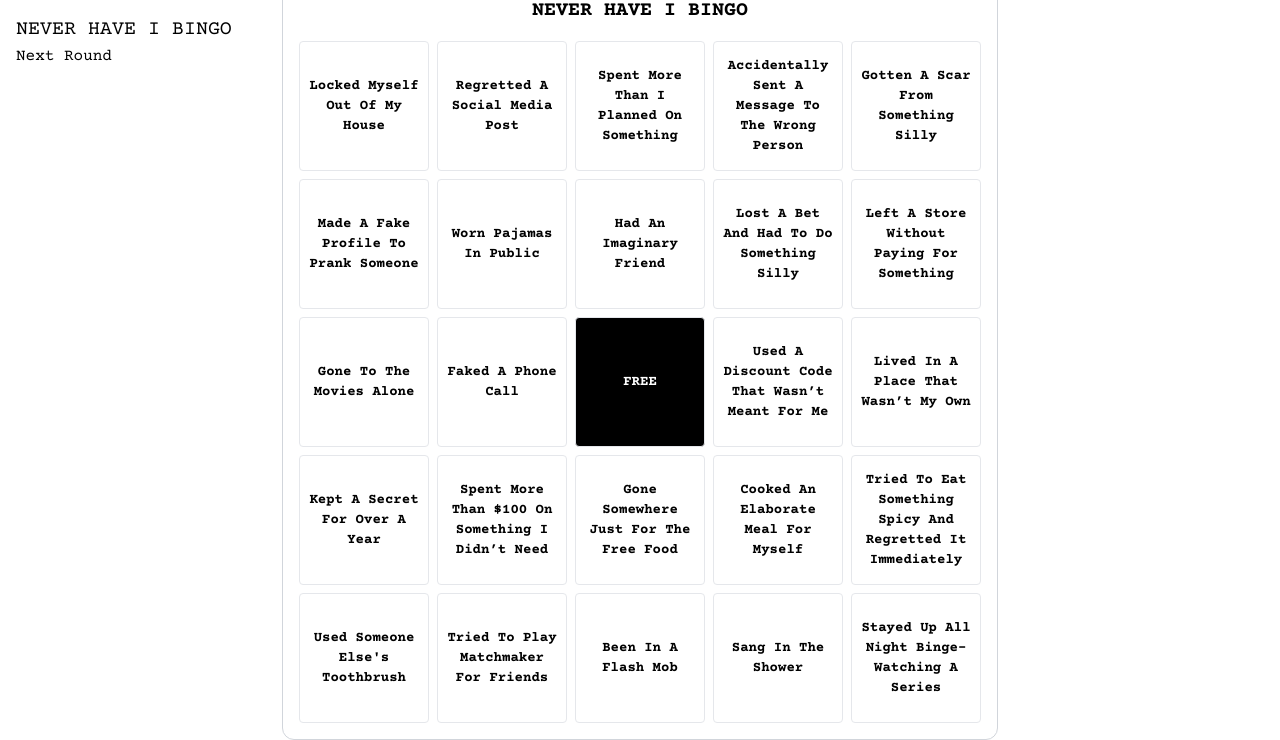
Repository: Jeysmeister/sensoryminds-bingo
Page: /
These files come from the project's save history. The page is drawn as it stood at one moment and after the next save; the edit follows.
The browser window is 1280 px wide. The pictures show the whole page.
The project was rebuilt for these pictures with package versions that can differ from the ones it lists, and the page was loaded fresh each time. The framework's server and built-in components were replaced by stand-ins that run in the browser. Also part of the build but not shown: next.config.ts.

Above is the page before, as saved 2024-11-12 17:38:44.

### app/layout.tsx
import type { Metadata } from "next";
import { Courier_Prime } from "next/font/google";
import "./globals.css";
import Header from "./components/Header";

export const metadata: Metadata = {
  title: "Never have I BINGO",
  description: "Sensory Minds Front-End Coding Challenge",
};

const courier = Courier_Prime({
  subsets: ["latin"],
  weight: ["400", "700"],
});

export default function RootLayout({
  children,
}: Readonly<{
  children: React.ReactNode;
}>) {
  return (
    <html lang="en">
      <body className={`${courier.className} antialiased`}>
        <Header />
        {children}
      </body>
    </html>
  );
}

### app/page.tsx
import { neverHaveIEverQuestions } from "@/data/questions";
import BingoCard from "./components/BingoCard";

export default function Home() {
  const getRandomQuestions = (count: number) => {
    const shuffled = [...neverHaveIEverQuestions].sort(() => 0.5 - Math.random());
    return shuffled.slice(0, count);
  };
  const questions = getRandomQuestions(24);
  return (
    <div className="w-screen h-screen flex justify-center items-center">
      <BingoCard questions={questions} />
    </div>
  );
}

### app/components/Header.tsx
const Header = () => {
  return (
    <div className="h-10 p-4  absolute top-0 w-screen ">
      <div className="text-xl">NEVER HAVE I BINGO</div>
      <div>Next Round</div>
    </div>
  );
};

export default Header;

### data/questions.ts
export const neverHaveIEverQuestions = [
  "laughed so hard I snorted",
  "eaten a whole pizza by myself",
  "stayed up all night binge-watching a series",
  "danced in the rain",
  "tried to learn another language just to impress someone",
  "accidentally texted the wrong person",
  "pretended to know a celebrity",
  "had a nightmare about work or school",
  "played a prank on a teacher or boss",
  "gone skinny dipping",
  "gotten lost in an amusement park",
  "been on a blind date",
  "pretended to be on a cooking show while making food",
  "locked myself out of my house",
  "forgotten an important anniversary or birthday",
  "tried a weird food combination that I ended up loving",
  "cried during a movie",
  "played a video game all night",
  "forgotten someone's name right after meeting them",
  "laughed at a joke I didn't get",
  "sung karaoke in public",
  "cried at a wedding",
  "been the last one awake at a sleepover",
  "tried to start a fire without matches or a lighter",
  "accidentally sent a message to the wrong person",
  "made up an excuse to get out of a date",
  "accidentally walked into the wrong restroom",
  "gotten a tattoo I regretted",
  "pretended to like a gift I didn't like",
  "been on a roller coaster",
  "cried during a song",
  "fainted in public",
  "had my phone fall in water",
  "pretended to be sick to skip school or work",
  "done a backflip",
  "lied to my best friend",
  "been scared of clowns",
  "cried at a concert",
  "sang in the shower",
  "had a crush on a teacher",
  "broken a bone",
  "eaten food that was still frozen",
  "gotten stitches",
  "driven a car",
  "ridden a motorcycle",
  "been to a haunted house",
  "been on TV",
  "been afraid of the dark",
  "been stuck in an elevator",
  "lost my wallet",
  "cooked an elaborate meal for myself",
  "accidentally broken a friend's item and didn't tell them",
  "regretted a social media post",
  "missed a flight",
  "forgotten my passport while traveling",
  "made a mess and left it for someone else to clean",
  "skipped school or work for a road trip",
  "written a poem for someone",
  "fallen asleep on public transportation and missed my stop",
  "said 'you too' when a cashier said 'enjoy your meal'",
  "been told I look like a celebrity",
  "stayed up all night talking to someone",
  "gone to a costume party as myself",
  "bought something just for the packaging",
  "tried to do the splits",
  "put something back on the shelf after deciding not to buy it",
  "worn pajamas in public",
  "ordered an item of food just to take a picture of it",
  "walked into a glass door",
  "gone somewhere just for the free food",
  "tried a dance move from a music video",
  "lost something important and found it years later",
  "kept a plant alive for over a year",
  "given a fake name at a coffee shop",
  "forgotten where I parked my car",
  "forgotten my own phone number",
  "sent a text while angry that I regretted later",
  "watched an entire series in a single day",
  "had a song stuck in my head for days",
  "missed an important event because I overslept",
  "gotten sunburned so badly I peeled",
  "tried to ice skate and fallen",
  "been in a flash mob",
  "left a comment on a stranger's social media",
  "gone to the movies alone",
  "pretended to understand something I didn't",
  "stolen something small from a hotel",
  "broken a bone and not realized it immediately",
  "sent an email without proofreading it first",
  "taken a personality quiz online",
  "signed up for something I didn't want just for a freebie",
  "gotten a scar from something silly",
  "apologized to an object after bumping into it",
  "lost track of time while browsing the internet",
  "taken a selfie with a pet",
  "stayed in pajamas all day",
  "been seasick",
  "seen a ghost",
  "tried to play matchmaker for friends",
  "pretended I knew the words to a song",
  "kept a secret for over a year",
  "ate something weird just to prove I could",
  "looked up my own name on the internet",
  "changed my hairstyle on a whim",
  "put salt in coffee or tea by accident",
  "eaten a whole cake by myself",
  "watched a movie and fell asleep halfway through",
  "had an imaginary friend",
  "been to a concert",
  "eaten food that was past its expiration date",
  "accidentally called someone by the wrong name",
  "broken something expensive and blamed it on someone else",
  "spent more than $100 on something I didn’t need",
  "used someone else's toothbrush",
  "tried to eat something spicy and regretted it immediately",
  "posted something embarrassing online",
  "tried to flirt and failed miserably",
  "lied about my age",
  "been on a dating app",
  "used a fake ID",
  "faked being sick to avoid something",
  "lived in a place that wasn’t my own",
  "kept something from my childhood",
  "had a pet that wasn’t a dog or cat",
  "faked a phone call",
  "ate something because it was trendy",
  "thought I was going to die at some point",
  "slept through an alarm",
  "danced in front of a mirror",
  "sang in front of a mirror",
  "had a food fight",
  "tried to become friends with someone just because they were popular",
  "stalked someone on social media",
  "tried to break up with someone but didn’t",
  "had a crush on a fictional character",
  "joined a group just to get discounts",
  "told someone a secret and regretted it",
  "ate something I didn’t like to be polite",
  "cheated on a test",
  "used a burner phone",
  "felt awkward in a social setting",
  "kept a childhood toy",
  "threw a surprise party for someone",
  "accidentally walked into a room full of people while I was on a video call",
  "joined a club to meet new people",
  "went on a blind date",
  "helped a friend cheat on an exam",
  "had a weird pet",
  "forgotten to charge my phone",
  "called in sick to work when I wasn’t",
  "been caught stealing something",
  "tried to take a shortcut that ended up being longer",
  "left a store without paying for something",
  "made a fake profile to prank someone",
  "kept a really embarrassing thing secret from my family",
  "met someone famous",
  "slept through an important meeting",
  "had a crush on a teacher",
  "sang in public",
  "had a bad haircut and didn’t tell anyone",
  "used a dating app without success",
  "snuck into a movie",
  "made a prank phone call",
  "used someone’s Netflix account without permission",
  "went on a vacation alone",
  "used a discount code that wasn’t meant for me",
  "accidentally wore mismatched socks",
  "tried a weird life hack that didn’t work",
  "got scammed online",
  "eaten an entire chocolate bar in one sitting",
  "seen something creepy and didn’t tell anyone",
  "been told to be quiet in a library",
  "been to a theme park with friends",
  "gotten in trouble for something I didn’t do",
  "had a fashion disaster",
  "was a picky eater when I was younger",
  "accidentally liked an old photo on social media",
  "wore sunglasses inside",
  "stayed up late for no reason",
  "had an awkward family gathering",
  "been called out in a public place",
  "tried to impress someone and failed",
  "lost a bet and had to do something silly",
  "said something inappropriate in front of my parents",
  "been to a concert of a band I didn’t like",
  "laughed during a serious moment",
  "tried to sell something I didn’t need",
  "talked to someone only to realize I had met them before",
  "tried to skip a line and got caught",
  "ate food that was not prepared by me",
  "tried to fix something and made it worse",
  "was shocked by something that turned out to be a prank",
  "pretended to be asleep when someone walked in",
  "had a crush on someone for a long time without telling them",
  "spent too much money on coffee",
  "missed a major event because I overslept",
  "sent a message to the wrong person by accident",
  "accidentally made an embarrassing sound in public",
  "looked up how to do something but still couldn’t",
  "tried to impress someone with a talent I didn’t have",
  "tried a food that sounded good but tasted bad",
  "was caught talking to myself in public",
  "made a mess and didn’t clean it up",
  "was caught eavesdropping on a conversation",
  "spent more than I planned on something",
  "told someone I was busy when I wasn’t",
  "went somewhere just for the food",
  "tried to act cool but failed",
  "lost something and then found it in a place I looked earlier",
  "spent an entire day in my pajamas",
  "tried a DIY project and it turned out horrible",
  "pretended to be an expert at something",
  "laughed at a joke I didn’t understand",
  "accidentally sent a text with a typo to my boss",
  "talked to someone for a while only to realize they weren’t who I thought",
  "tried to speak another language and failed",
  "got caught in a lie",
  "accidentally said something inappropriate",
  "pretended to know how to drive but didn’t",
  "lost my phone and found it in the last place I looked",
  "ate something and immediately regretted it",
  "been surprised by a surprise party",
  "sung a song in the car like it was a concert",
  "pretended to be sick to avoid work",
  "had a pet that I wasn’t responsible for",
  "been on a reality TV show",
  "eaten a whole bag of chips in one sitting",
  "watched something on Netflix that was totally embarrassing",
  "forgotten to reply to a message for a week",
  "gotten lost and found my way by asking for directions",
  "been embarrassed by my own joke",
  "told a bad joke that no one laughed at",
  "forgotten my own birthday",
  "failed a simple task",
  "been caught stealing something small",
  "spied on someone without their knowledge",
  "drank coffee at midnight",
  "accidentally sent a selfie to the wrong person",
  "made a huge mistake at work",
  "accidentally dyed my hair a weird color",
  "acted like I knew something but didn’t",
  "forgotten where I put my phone",
  "told a fib that backfired",
  "shared a secret that wasn’t mine to share",
];

### app/components/BingoCard.tsx
"use client";

import { possibleWins } from "@/data/possibleWins";
import { useEffect, useState } from "react";
import BingoItem from "./BingoItem";
import { motion } from "framer-motion";

const container = {
  hidden: { opacity: 1, scale: 0 },
  visible: {
    opacity: 1,
    scale: 1,
    transition: {
      delayChildren: 0.3,
      staggerChildren: 0.2,
    },
  },
};

const child = {
  hidden: { y: 20, opacity: 0 },
  visible: {
    y: 0,
    opacity: 1,
  },
};

const BingoCard = ({ questions }: { questions: string[] }) => {
  const [marked, setMarked] = useState<number[]>([12]);
  const grid = [...questions.slice(0, 12), "FREE", ...questions.slice(12)];
  const checkForWin = (markedBoxes: number[]) => {
    return possibleWins.some((combination) => combination.every((index) => markedBoxes.includes(index)));
  };
  useEffect(() => {
    console.log(marked);
    const win = checkForWin(marked);
    if (win) {
      console.log("WINNER");
    }
  }, [marked]);

  return (
    <motion.div variants={container} initial="hidden" animate="visible" className="border border-gray-300 p-4 pt-0 rounded-xl">
      <div className="flex w-full justify-center items-center py-4 text-xl font-extrabold">NEVER HAVE I BINGO</div>
      <div className="max-w-[800px] max-h-[800px] grid grid-cols-5 gap-2">
        {grid.map((item, index) => (
          <motion.div variants={child}>
            <BingoItem key={index} index={index} item={item} marked={marked} setMarked={setMarked} />
          </motion.div>
        ))}
      </div>
    </motion.div>
  );
};

export default BingoCard;

### data/possibleWins.ts
export const possibleWins = [
  // Rows
  [0, 1, 2, 3, 4], // Row 1
  [5, 6, 7, 8, 9], // Row 2
  [10, 11, 12, 13, 14], // Row 3
  [15, 16, 17, 18, 19], // Row 4
  [20, 21, 22, 23, 24], // Row 5

  // Columns
  [0, 5, 10, 15, 20], // Column 1
  [1, 6, 11, 16, 21], // Column 2
  [2, 7, 12, 17, 22], // Column 3
  [3, 8, 13, 18, 23], // Column 4
  [4, 9, 14, 19, 24], // Column 5

  // Diagonals
  [0, 6, 12, 18, 24], // Diagonal 1
  [4, 8, 12, 16, 20], // Diagonal 2
];

### app/components/BingoItem.tsx
"use client";

import { useState } from "react";
import { motion } from "framer-motion";

const BingoItem = ({ index, item, marked, setMarked }: { index: number; item: string; marked: number[]; setMarked: (value: number[]) => void }) => {
  const [active, setActive] = useState(item === "FREE" ? true : false);
  const handleClick = (index: number) => {
    if (item !== "FREE") {
      const newActive = !active;
      if (newActive) {
        setActive(newActive);
        setMarked([...marked, index]);
      } else {
        setActive(newActive);
        const indexOfItem = marked.indexOf(index);
        setMarked([...marked.splice(0, indexOfItem), ...marked.splice(indexOfItem)]);
      }
    }
  };
  return (
    <motion.div
      initial={{ backgroundColor: "#ffffff" }}
      animate={{
        backgroundColor: active ? "#000000" : "#ffffff",
      }}
      transition={{ duration: 0.5 }}
      key={index}
      className={`relative flex items-center justify-center p-2 h-[130px] w-[130px] border border-gray-200 rounded ${active ? "bg-black text-white" : "bg-white text-black"}`}
      onClick={() => handleClick(index)}
    >
      <p className="text-center text-sm font-extrabold capitalize">{item}</p>
    </motion.div>
  );
};

export default BingoItem;

Loaded but not shown: app/globals.css (common file); tailwind.config.ts (common file)

After the next save:
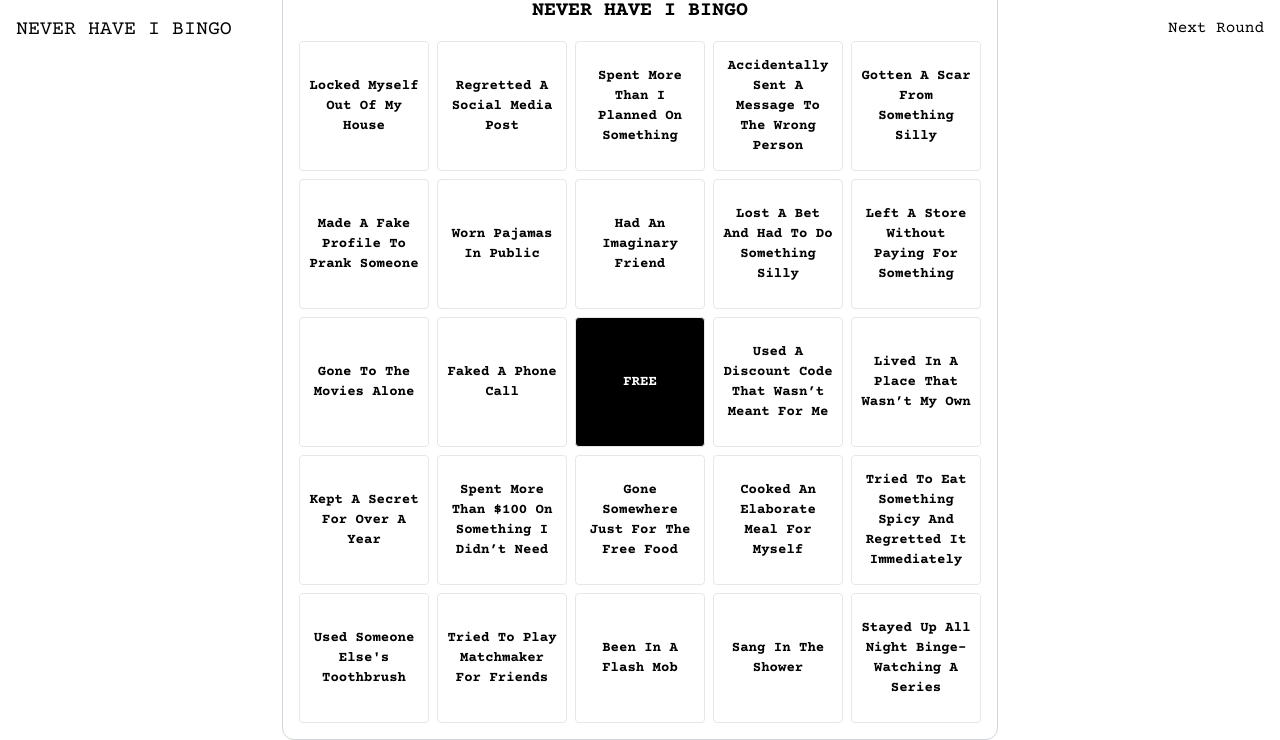
Saved 8 s later.
--- a/app/components/Header.tsx
+++ b/app/components/Header.tsx
@@ -1,6 +1,6 @@
 const Header = () => {
   return (
-    <div className="h-10 p-4  absolute top-0 w-screen ">
+    <div className="h-10 p-4  absolute top-0 w-screen flex justify-between">
       <div className="text-xl">NEVER HAVE I BINGO</div>
       <div>Next Round</div>
     </div>
